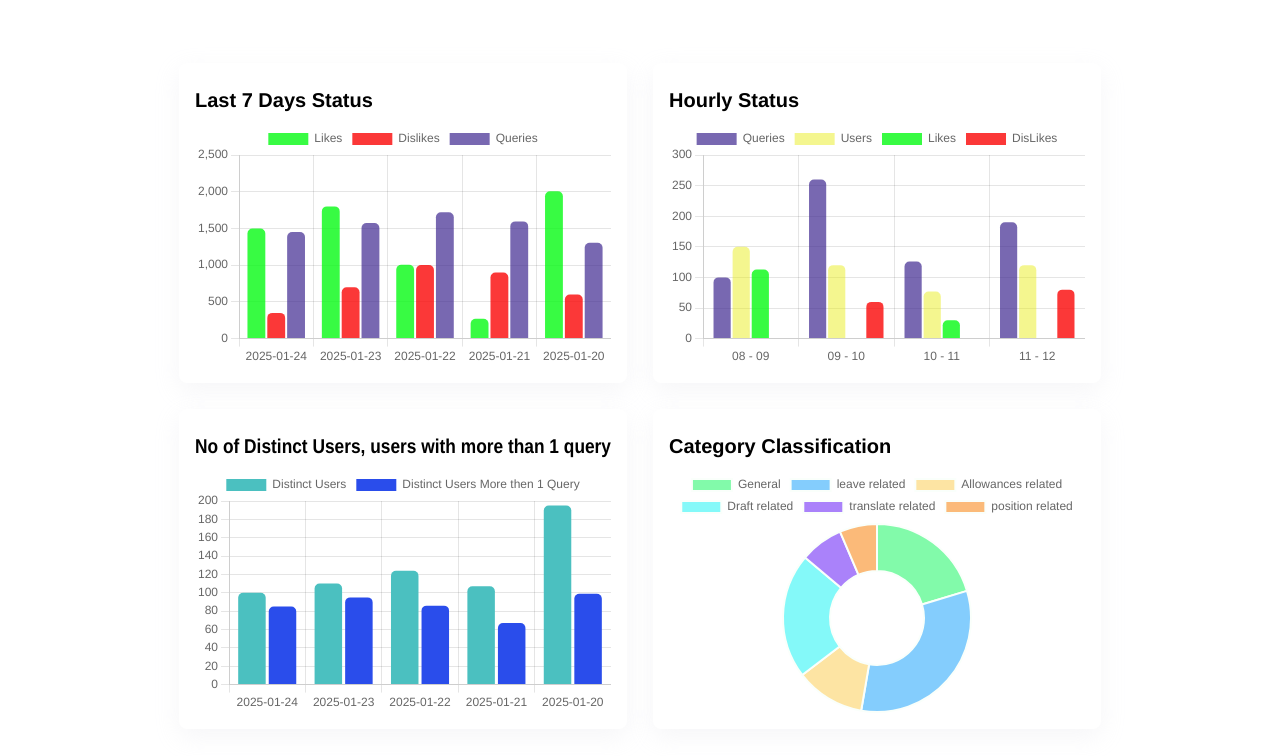
Repository: NAGARAJ-DEVELOPER/Dashboard
Page: /
An editor plug-in stored every save of this project. The page is shown before and after the next save, followed by the edit.
The browser window is 1280 px wide. The pictures show the whole page.
The project was rebuilt for these pictures with package versions that can differ from the ones it lists, and the page was loaded fresh each time. Also part of the build but not shown: vite.config.js.

Above is the page before, as saved 2025-02-12 00:31:21.

### src/App.jsx
import React from "react";
import { Chart as ChartJS, defaults } from "chart.js/auto";
import { Bar, Doughnut, Line, Pie } from "react-chartjs-2";

import "./App.css";


import sourceData from "./data/sourceData.json";
import Week from "./data/7days.json";
import toady from "./data/Today.json";
import user from "./data/Users.json";
import category from "./data/Category.json";

defaults.maintainAspectRatio = false;
defaults.responsive = true;

defaults.plugins.title.display = true;
defaults.plugins.title.align = "start";
defaults.plugins.title.font.size = 20;
defaults.plugins.title.color = "black";

export const App = () => {


  return (
   <>
   <div>
    <br></br>
    <br></br>
   </div>
    <div className="App">

        <div className="dataCard categoryCard">
        <Bar
          data={{
            labels: Week.map((data) => data.DATE1),
            datasets: [
              {
                label: "Likes",
                data: Week.map((data) => data.number_of_likes),
                backgroundColor: [
             "rgba(7, 250, 20, 0.8)",
                ],
                borderRadius: 5,
              },
              {
                label: "Dislikes",
                data: Week.map((data) => data.number_of_dislikes),
                backgroundColor: [

                  "rgba(250, 7, 7, 0.8)",

                ],
                borderRadius: 5,
              },
              {
                label: "Queries",
                data: Week.map((data) => data.number_of_ques),
                backgroundColor: [
                  "rgba(63, 40, 145, 0.7)",
                ],
                borderRadius: 5,
              },
            ],
          }}
          options={{
            plugins: {
              title: {
                text: "Last 7 Days Status",
              },
            },
          }}
        />
      </div>


      <div className="dataCard categoryCard">
        <Bar
          data={{
            labels: toady.map((data) => data.B_TIME),
            datasets: [
              {
                label: "Queries",
                data: toady.map((data) => data.C_Questions),
                backgroundColor: [
                  "rgba(63, 40, 145, 0.7)",
                ],
                borderRadius: 5,
              },
              {
                label: "Users",
                data: toady.map((data) => data.D_Users),
                backgroundColor: [

                  "rgba(231, 235, 8, 0.45)",

                ],
                borderRadius: 5,
              },
              {
                label: "Likes",
                data: toady.map((data) => data.F_Likes),
                backgroundColor: [
                  "rgba(7, 250, 20, 0.8)",
                ],
                borderRadius: 5,
              },
              {
                label: "DisLikes",
                data: toady.map((data) => data.Dis_Likes),
                backgroundColor: [
                  "rgba(250, 7, 7, 0.8)",
                ],
                borderRadius: 5,
              },
            ],
          }}
          options={{
            plugins: {
              title: {
                text: "Hourly Status",
              },
            },
          }}
        />
      </div>
      <div className="dataCard categoryCard">
        <Bar
          data={{
            labels: user.map((data) => data.DATE1),
            datasets: [
              {
                label: "Distinct Users",
                data: user.map((data) => data.number_of_distinct_users),
                backgroundColor: 'rgb(75, 192, 192)',
                borderRadius: 5,
              },
              {
                label: "Distinct Users More then 1 Query",
                data: user.map((data) => data.Distinct_Users_more_1query),
                backgroundColor: 'rgb(42, 77, 235)',
                borderRadius: 5,
              },
            ],
          }}
          options={{
            plugins: {
              title: {
                text: "No of Distinct Users, users with more than 1 query",
              },
            },
          }}
        />
      </div>


      <div className="dataCard categoryCard">
        <Doughnut
          data={{
            labels: category.map((data) => data.category),
            datasets: [
              {
                label: "Count",
                data: category.map((data) => data.COUNT_CAT),
                backgroundColor: [
                  'rgba(7, 245, 86, 0.5)',
        'rgba(10, 155, 252, 0.5)',
        'rgba(252, 201, 72, 0.5)',
        'rgba(10, 243, 243, 0.5)',
        'rgba(86, 6, 245, 0.5)',
        'rgba(247, 129, 11, 0.55)',
                ],
                borderColor: [
                  'rgb(250, 255, 251)',
                  'rgb(250, 255, 251)',
                  'rgb(250, 255, 251)',
                  'rgb(250, 255, 251)',
                  'rgb(250, 255, 251)',
                  'rgb(250, 255, 251)',
                ],animation :Doughnut,
              },
            ],
          }}
          options={{
            plugins: {
              title: {
                text: "Category Classification",
              },
            },
          }}
        />
      </div>
    </div>
    </>
  );
};

### src/App.css
.App {
  height: 100vh;
  width: 100%;
  display: flex;
  flex-direction: row;
  align-items: center;
  justify-content: center;
  align-content: center;
  gap: 2vw;
  flex-wrap: wrap;
  background-color: #ffffff;
  overflow: auto;
}
.Height{

}
.dataCard {
  background-color: #ffffff;
  border-radius: 0.5em;
  box-shadow: rgba(208, 210, 218, 0.2) 0px 8px 24px;
  padding: 1em;
}

.revenueCard {
  width: 92%;
  height: 20rem;
}

.customerCard {
  width: 50%;
  height: 20rem;
}

.categoryCard {
  width: 35%;
  height: 20rem;
}

### src/data/sourceData.json
[
  {
    "label": "Queries",
    "value": 327787
  },
  {
    "label": "Likes",
    "value": 45877
  },
  {
    "label": "Dislikes",
    "value": 238787
  }
]

### src/data/7days.json
[
    {  "DATE1": "2025-01-24", "number_of_dislikes": 350, "number_of_likes": 1500,  "number_of_ques": 1452 },
    {  "DATE1": "2025-01-23", "number_of_dislikes": 700, "number_of_likes": 1800,  "number_of_ques": 1574 },
    {  "DATE1": "2025-01-22", "number_of_dislikes": 1003, "number_of_likes": 1005,  "number_of_ques": 1720 },
    {  "DATE1": "2025-01-21", "number_of_dislikes": 900, "number_of_likes": 270,  "number_of_ques": 1596 },
    {  "DATE1": "2025-01-20", "number_of_dislikes": 600, "number_of_likes": 2005,  "number_of_ques": 1304 }
  ]

### src/data/Today.json
[
  { "A_DATE": "2025-01-27", "B_TIME": "08 - 09", "C_Questions": 100, "D_Users": 150 ,"F_Likes": 113},
  { "A_DATE": "2025-01-27",  "B_TIME": "09 - 10", "C_Questions": 260, "D_Users": 120,"Dis_Likes":60},
  { "A_DATE": "2025-01-27", "B_TIME": "10 - 11", "C_Questions": 126, "D_Users": 77, "F_Likes": 30 },
  { "A_DATE": "2025-01-27", "B_TIME": "11 - 12", "C_Questions": 190, "D_Users": 120,"Dis_Likes":80 }
]

### src/data/Users.json
[
  {  "DATE1": "2025-01-24", "number_of_distinct_users": 100, "Distinct_Users_more_1query": 85 },
  {  "DATE1": "2025-01-23", "number_of_distinct_users": 110, "Distinct_Users_more_1query": 95 },
  {  "DATE1": "2025-01-22", "number_of_distinct_users": 124, "Distinct_Users_more_1query": 86  },
  {  "DATE1": "2025-01-21", "number_of_distinct_users": 107, "Distinct_Users_more_1query": 67  },
  {  "DATE1": "2025-01-20", "number_of_distinct_users": 195, "Distinct_Users_more_1query": 99  }
]

### src/data/Category.json
[
  { "category": "General", "COUNT_CAT": 2434 },
  { "category": "leave related", "COUNT_CAT": 3870 },
  { "category": "Allowances related", "COUNT_CAT": 1430 },
  { "category": "Draft related", "COUNT_CAT": 2569 },
  { "category": "translate related", "COUNT_CAT": 891 },
  { "category": "position related", "COUNT_CAT": 770 }
]

Loaded but not shown: index.html (common file); src/main.jsx (common file); src/index.css (common file)

After the next save:
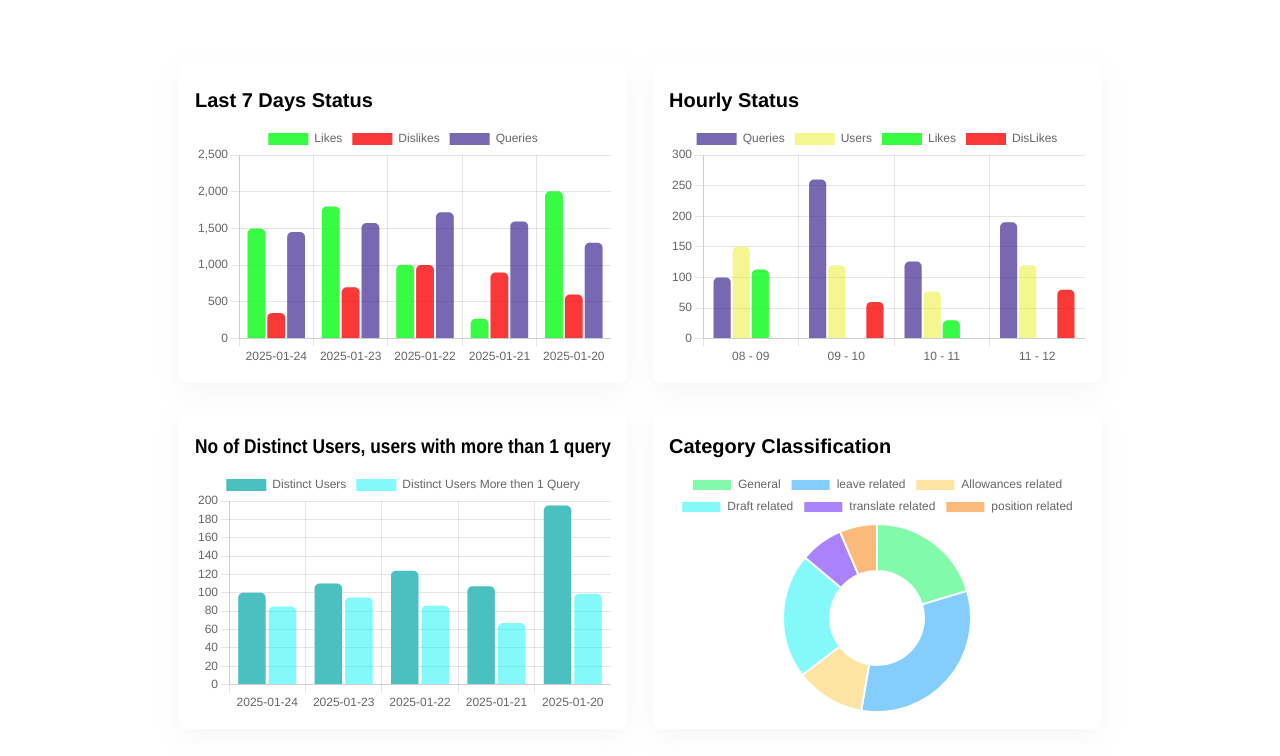
Saved 52 s later.
--- a/src/App.jsx
+++ b/src/App.jsx
@@ -138,7 +138,7 @@ export const App = () => {
               {
                 label: "Distinct Users More then 1 Query",
                 data: user.map((data) => data.Distinct_Users_more_1query),
-                backgroundColor: 'rgb(42, 77, 235)',
+                backgroundColor:'rgba(10, 243, 243, 0.5)',
                 borderRadius: 5,
               },
             ],
